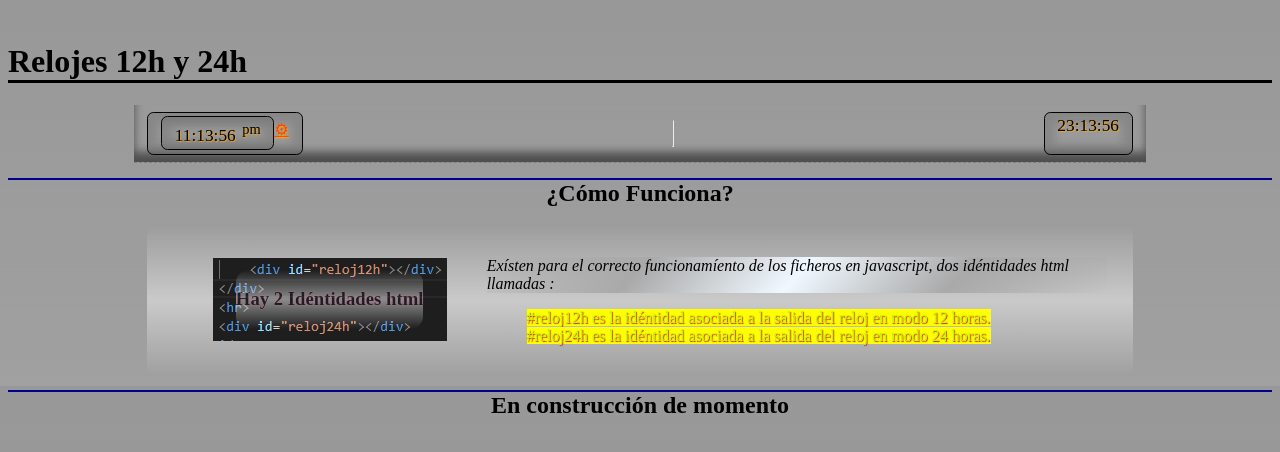
Repository: marcostonfor/clocks
Page: index.html
An editor plug-in stored every save of this project. The page is shown before and after the next save, followed by the edit.
The browser window is 1280 px wide. The pictures show the whole page.

Above is the page before, as saved 2024-09-18 23:46:16.

After the next save:
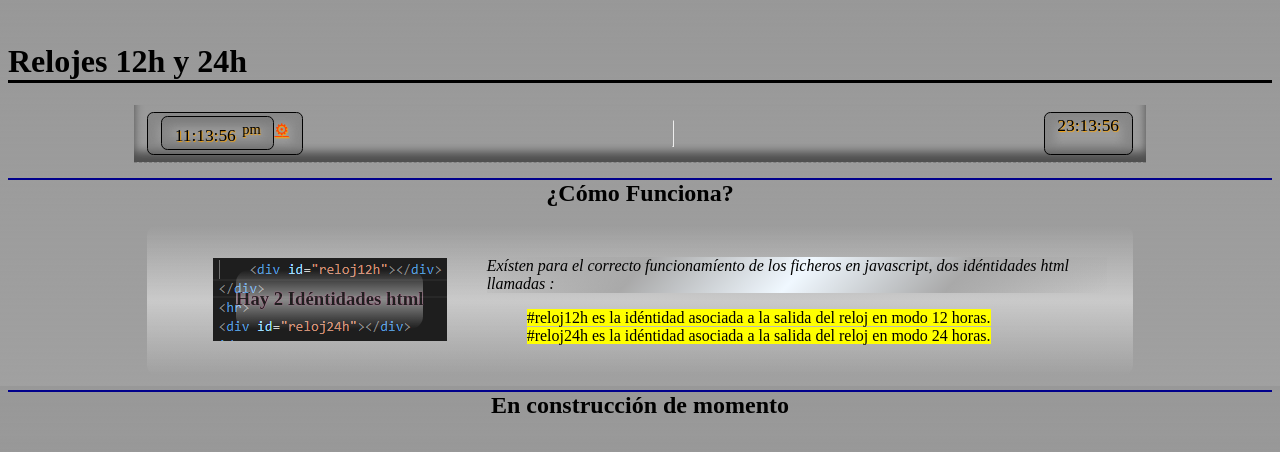
Saved 25 s later.
--- a/index.html
+++ b/index.html
@@ -82,7 +82,7 @@
         }
 
         .conTexto blockquote mark {
-            text-shadow: 0.1vh 0.1vw 1px rgb(220, 20, 60);
+            text-shadow: 0.1vh 0.1vw 1px rgb(220, 20, 60, ;
             color: hsl(78, 100%, 50%) !important;
         }
     </style>
